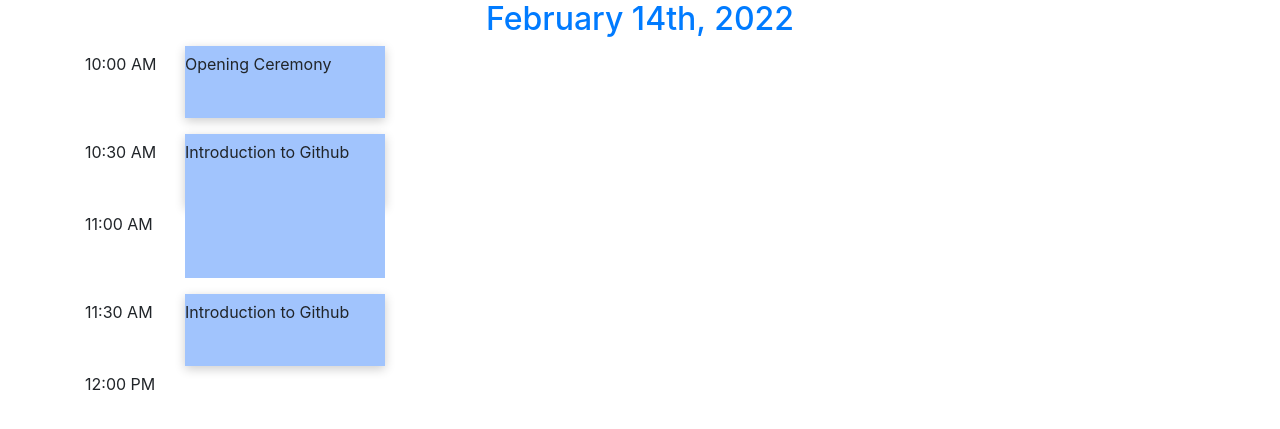
Repository: BaileyLuu/yuHacks2022
Page: public/schedule.html
These files come from the project's save history. The page is drawn as it stood at one moment and after the next save; the edit follows.
The browser window is 1280 px wide. The pictures show the whole page.
Some web libraries are served in a nearby version.

Above is the page before, as saved 2021-11-20 13:37:27.

### public/schedule.html
<!DOCTYPE html>
<html lang="en">

<head>
    <meta charset="UTF-8">
    <meta http-equiv="X-UA-Compatible" content="IE=edge">
    <meta name="viewport" content="width=device-width, initial-scale=1.0">

    <script src="https://ajax.googleapis.com/ajax/libs/jquery/3.5.1/jquery.min.js"></script>

    <!-- Popper JS -->
    <script src="https://cdnjs.cloudflare.com/ajax/libs/popper.js/1.12.9/umd/popper.min.js"
        integrity="sha384-ApNbgh9B+Y1QKtv3Rn7W3mgPxhU9K/ScQsAP7hUibX39j7fakFPskvXusvfa0b4Q"
        crossorigin="anonymous"></script>

    <!-- Latest compiled JavaScript -->
    <script src="https://maxcdn.bootstrapcdn.com/bootstrap/4.0.0/js/bootstrap.min.js"
        integrity="sha384-JZR6Spejh4U02d8jOt6vLEHfe/JQGiRRSQQxSfFWpi1MquVdAyjUar5+76PVCmYl"
        crossorigin="anonymous"></script>

    <!-- Latest compiled and minified CSS -->
    <link rel="stylesheet" href="https://maxcdn.bootstrapcdn.com/bootstrap/4.0.0/css/bootstrap.min.css"
        integrity="sha384-Gn5384xqQ1aoWXA+058RXPxPg6fy4IWvTNh0E263XmFcJlSAwiGgFAW/dAiS6JXm" crossorigin="anonymous">

    <!-- AOS CSS Library CDN -->
    <link href="https://unpkg.com/aos@2.3.1/dist/aos.css" rel="stylesheet">
    <!-- Bootstrap Icons -->
    <link rel="stylesheet" href="https://cdn.jsdelivr.net/npm/bootstrap-icons@1.7.0/font/bootstrap-icons.css">



    <script src="https://code.jquery.com/jquery-3.2.1.slim.min.js"
        integrity="sha384-KJ3o2DKtIkvYIK3UENzmM7KCkRr/rE9/Qpg6aAZGJwFDMVNA/GpGFF93hXpG5KkN"
        crossorigin="anonymous"></script>
    <link rel="stylesheet" href="./schedule.css">
    <script src="schedule.js"></script>
    <script src="https://ajax.googleapis.com/ajax/libs/jquery/3.3.1/jquery.min.js"></script>
    <title>yuHacks Schedule</title>
</head>

<body>
    <section class="">
        <div class="container">
            <h2 class="text-primary title text-center">February 14th, 2022</h1>

                <!-- <div class="row row-cols-2">
          <div class="col">Column</div>
          <div class="col">Column</div>
          <div class="col">Column</div>
          <div class="col">Column</div>
          <div class="col">Column</div>
          <div class="col">Column</div>

        </div>
        <div class="row row-cols-2">
            <div class="col">Column</div>
            <div class="col">Column</div>
            <div class="col">Column</div>
            <div class="col">Column</div>
            <div class="col">Column</div>
            <div class="col">Column</div>

          </div> -->
                <div class="schedule-table">



                    <div class="box schedule-time mb-3">
                        <div class="schedule-time" style="width: 100px;">10:00 AM</div>
                        <div class="session-box schedule-time">Opening Ceremony</div>

                    </div>
                    <div class="box schedule-time">
                        <div class="schedule-time" style="width: 100px;">10:30 AM</div>
                        <div class="session-box schedule-time">Introduction to Github</div>

                    </div>
                    <div class="box schedule-time mb-3">
                        <div class="schedule-time" style="width: 100px;">11:00 AM</div>
                        <div class="extra-time schedule-time"></div>

                    </div>
                    <div class="box schedule-time">
                        <div class="schedule-time" style="width: 100px;">11:30 AM</div>
                        <div class="session-box schedule-time">Introduction to Github</div>

                    </div>
                    <div class="box schedule-time  mb-3">
                        <div class="schedule-time" style="width: 100px;">12:00 PM</div>

                    </div>

                    <!-- <div class="col-md-8">
              <div>Introduction to Github</div>
              <div></div>
              <div>Introduction to Bootstrap</div>
          </div> -->

                </div>
        </div>
    </section>

    <script src="https://cdnjs.cloudflare.com/ajax/libs/jquery/3.6.0/jquery.min.js"
        integrity="sha512-894YE6QWD5I59HgZOGReFYm4dnWc1Qt5NtvYSaNcOP+u1T9qYdvdihz0PPSiiqn/+/3e7Jo4EaG7TubfWGUrMQ=="
        crossorigin="anonymous" referrerpolicy="no-referrer"></script>
    <!-- Option 1: Bootstrap Bundle with Popper -->
    <script src="https://cdn.jsdelivr.net/npm/bootstrap@5.1.3/dist/js/bootstrap.bundle.min.js"
        integrity="sha384-ka7Sk0Gln4gmtz2MlQnikT1wXgYsOg+OMhuP+IlRH9sENBO0LRn5q+8nbTov4+1p"
        crossorigin="anonymous"></script>

    <script src="https://unpkg.com/aos@2.3.1/dist/aos.js"></script>
    <script>
        AOS.init({
            offset: 500,
            duration: 800,
            once: true,
        }

        );
    </script>
</body>

</html>

### public/schedule.css
/* body {
    background-color: #141c3c;
  } */

.schedule-time{
  display:flex;
  flex-direction: column;
  width: 200px;
  height:10vh;
  box-sizing: border-box;
  z-index: 50;
  line-height: 5vh;
  flex-wrap: wrap;
}
.session-box{
  /* background-image: linear-gradient(120deg, #a1c4fd 0%, #c2e9fb 100%); */
  background-color:#a1c4fd;
  box-shadow: 0 3px 10px rgb(0 0 0 / 0.2);
  position:relative;
  flex-wrap: wrap;
}
.extra-time{
  /* background-image: linear-gradient(180deg, #c2e9fb 100%, #a1c4fd 100%); */
  background-color:#a1c4fd;
  /* box-shadow: 0 3px 10px rgb(0 0 0 / 0.2); */
  position:relative;
  flex-wrap: wrap;
  border:0;
}
.empty-box{
  background-image: white;
  box-shadow: 0 3px 10px rgb(0 0 0 / 0.2);
  position:relative;
  flex-wrap: wrap;
}
.schedule-table{
  display:flex;
  flex-direction:column;

}
/* .box>* {
  flex: 1 1 70px;
} */

Loaded but not shown: public/schedule.js (no copy from this time; the picture is the same without it)

After the next save:
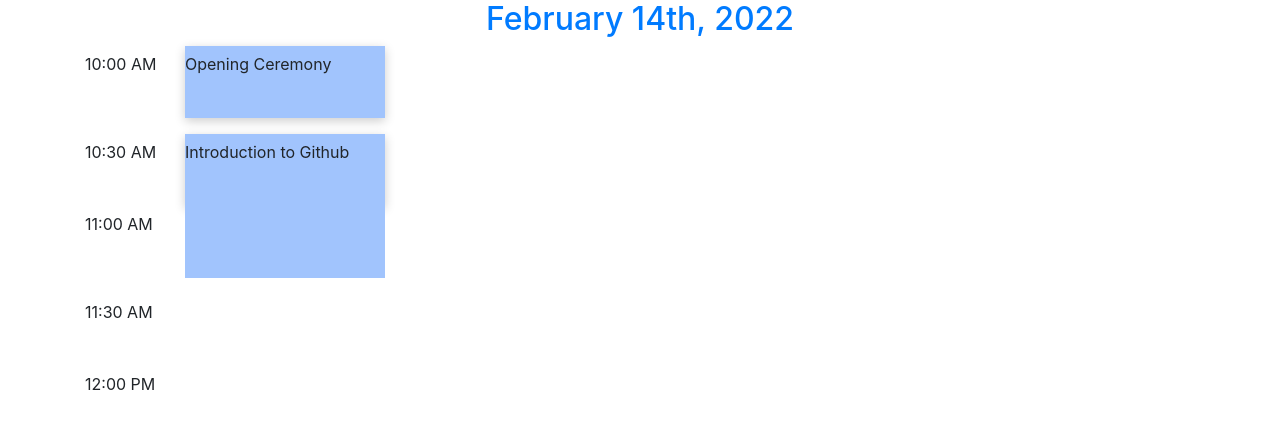
Saved 52 s later.
--- a/public/schedule.html
+++ b/public/schedule.html
@@ -82,7 +82,7 @@
                     </div>
                     <div class="box schedule-time">
                         <div class="schedule-time" style="width: 100px;">11:30 AM</div>
-                        <div class="session-box schedule-time">Introduction to Github</div>
+                        <!-- <div class="empty- schedule-time">Introduction to Github</div> -->
 
                     </div>
                     <div class="box schedule-time  mb-3">
